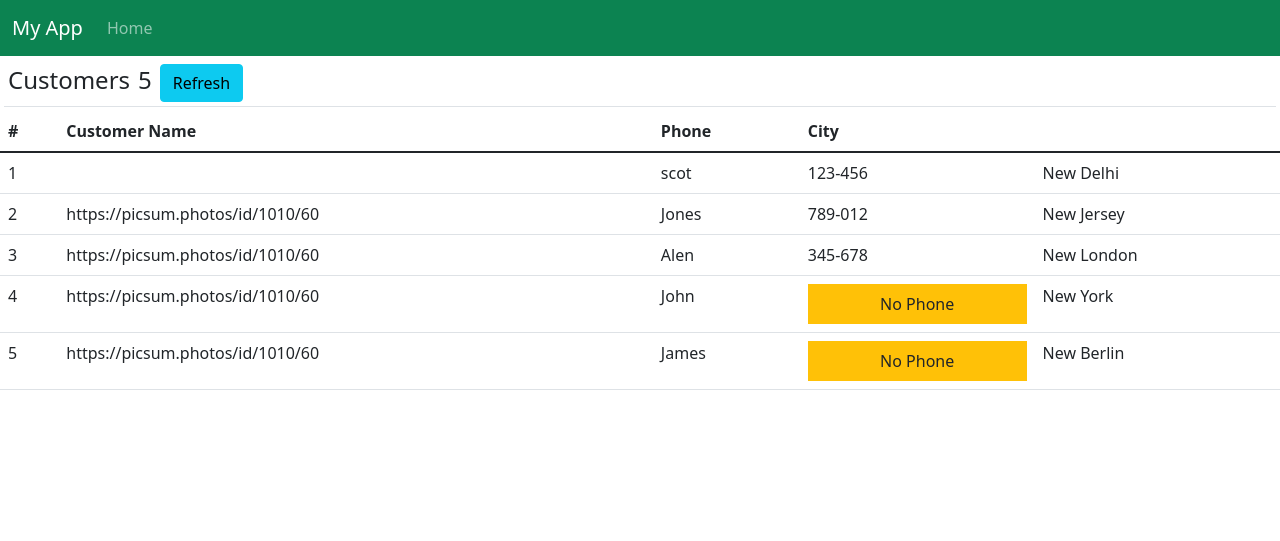
Repository: smit1298/e-commerce
Page: /
The author's editor kept a copy of each file at every save. The page is drawn from the files as they stood at one save, then again after a run of saves.
The browser window is 1280 px wide. The pictures show the whole page.
Pictures or frames that could not be fetched are drawn as grey boxes. The project was rebuilt for these pictures with package versions that can differ from the ones it lists, and the page was loaded fresh each time.

Above is the page before, as saved 2022-05-10 17:59:06.

After the next 5 saves:
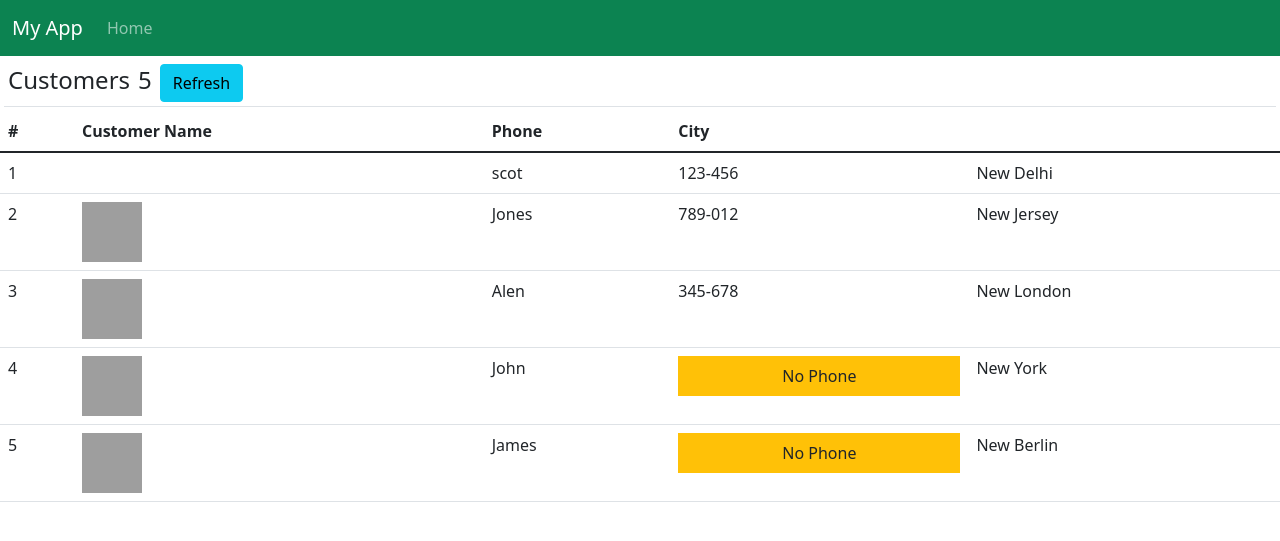
The 5 saves are shown as one change because 2 did not build or start and some came seconds apart.
The last was saved 40 s later.
--- a/src/MainContent.jsx
+++ b/src/MainContent.jsx
@@ -69,7 +69,7 @@ export default class MainContent extends Component {
       return (
         <tr key={cust.id}>
           <td>{cust.id}</td>
-          <td>{cust.photo}</td>
+          <td><img src={cust.photo} /></td>
           <td>{cust.name}</td>
           <td> {this.getPhoneToRender(cust.phone)}</td>
           <td>{cust.address.city}</td>
